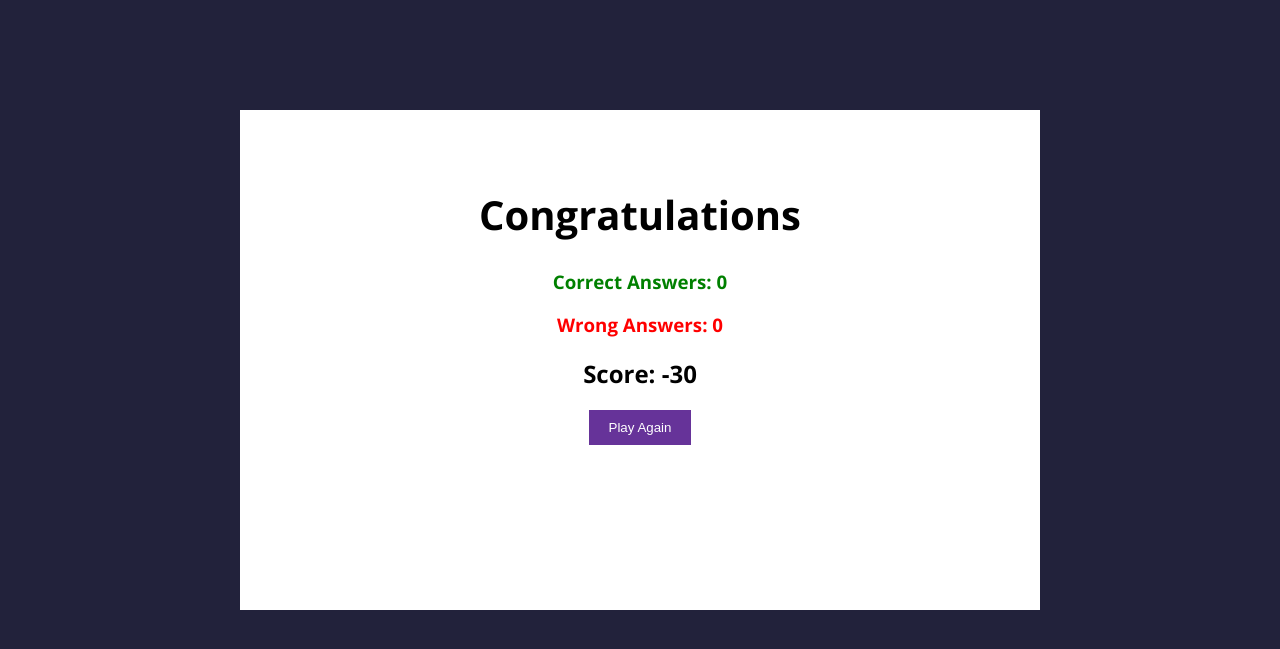
Repository: Wanglongzhi2001/Learn-javascript
Page: quiz/quiz.html
The author's editor kept a copy of each file at every save. The page is drawn from the files as they stood at one save, then again after the next save.
The browser window is 1280 px wide. The pictures show the whole page.

Above is the page before, as saved 2023-02-02 19:56:52.

### quiz/quiz.html
<html lang="en">
<head>
    <meta charset="UTF-8">
    <meta http-equiv="X-UA-Compatible" content="IE=edge">
    <meta name="viewport" content="width=device-width, initial-scale=1.0">
    <!-- 使用谷歌字体 -->
    <link
      href="https://fonts.googleapis.com/css2?family=Open+Sans:wght@300;400;500;600;700;800&display=swap"
      rel="stylesheet"
    />
    <link rel="stylesheet" href="./quiz.css">
    <title>quiz project</title>
</head>
<body>
    <div class="container">
        <div class="game">
            <div class="content">
                <h1 class="question"></h1>
                <div class="answers">
                    <div class="answer">
                        <!-- input加上name属性使得四个input只能同时选中一个 -->
                        <input name="answer" type="radio" id="answer1" value="false">
                        <label for="answer1">Answer1</label>
                    </div>
                </div>
                <div class="answers">
                    <div class="answer">
                        <input name="answer" type="radio" id="answer2" value="false">
                        <label for="answer2">Answer2</label>
                    </div>
                </div>
                <div class="answers">
                    <div class="answer">
                        <input name="answer" type="radio" id="answer3" value="false">
                        <label for="answer3">Answer3</label>
                    </div>
                </div>
                <div class="answers">
                    <div class="answer">
                        <input name="answer" type="radio" id="answer4" value="false">
                        <label for="answer4">Answer4</label>
                    </div>
                </div>
            </div>
            <button class="submit">Submit</button>
        </div>
        <div class="result">
            <h1>Congratulations</h1>
            <h3 class="correct">Correct Answers: 0</h3>
            <h3 class="wrong">Wrong Answers: 0</h3>
            <h2 class="score">Score: -30</h2>
            <button class="play">Play Again</button>
        </div>
    </div>
    <script src="./quiz.js"></script>
</body>
</html>

### quiz/quiz.css
body{
    background-color: #22223b;
    display: flex;
    align-items: center;
    justify-content: center;
    font-family: "Open Sans", sans-serif;
}

.container{
    width: 800px;
    height: 500px;
    background-color: white;
    position: relative; /* 调整为相对位置使得提交按钮在contiainer底部而不是页面底部 */
}

.content{
    padding: 50px;
}

/* 调整问题字体大小 */
.question{
    font-size: 40px;
}

.answer{
    font-size: 24px;
    margin-bottom: 20px; /* 控制间距 */
    color:#333; /* 使字不那么黑，柔和一点 */
}
/* 使用绝对位置调整submit按钮位置 */
.submit{
    background-color: rebeccapurple;
    color: white;
    border: none;
    width: 100%;;
    height: 50px;
    cursor: pointer;
    position:absolute;
    bottom: 0;
}

.game{
    display: none;
}

.result{
    /* display: none; */
    padding: 50px;
    text-align: center;
}

.result h1{
    font-size: 40px;
}

.correct{
    color: green;
}

.wrong{
    color: red;
}

.play{
    color: white;
    background-color: rebeccapurple;
    padding: 10px 20px;
    cursor: pointer;
    border: none;
}

### quiz/quiz.js
const data = [
{
    id: 1,
    question: "Which of these fish is actually a fish?",
    answers: [
    { answer: "swordfish", isCorrect: true },
    { answer: "jellyfish", isCorrect: false },
    { answer: "starfish", isCorrect: false },
    { answer: "crayfish", isCorrect: false },
    ],
},
{
    id: 2,
    question: "A flutter is a group of:",
    answers: [
    { answer: "bees", isCorrect: false },
    { answer: "penguins", isCorrect: false },
    { answer: "butterflies", isCorrect: true },
    { answer: "camels", isCorrect: false },
    ],
},
{
    id: 1,
    question: "A group of which animals is referred to as a wake?",
    answers: [
    { answer: "bats", isCorrect: false },
    { answer: "vultures", isCorrect: true },
    { answer: "ants", isCorrect: false },
    ],
},
];


const gameScreen = document.querySelector(".game")
const resultScreen = document.querySelector(".result")
const question = document.querySelector(".question")
const answersContainer = document.querySelector(".answers")
const submit = document.querySelector(".submit")
const play = document.querySelector(".play")

After the next save:
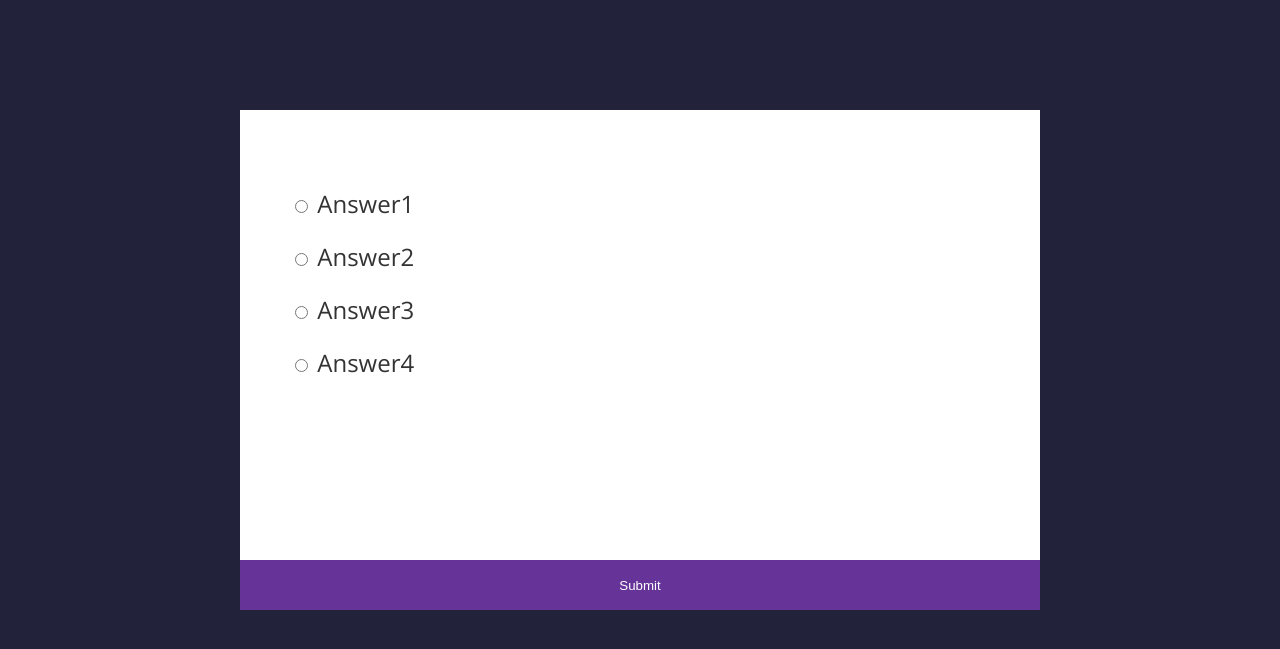
Saved 19 s later.
--- a/quiz/quiz.css
+++ b/quiz/quiz.css
@@ -40,11 +40,11 @@ body{
 }
 
 .game{
-    display: none;
+    /* display: none; */
 }
 
 .result{
-    /* display: none; */
+    display: none;
     padding: 50px;
     text-align: center;
 }
